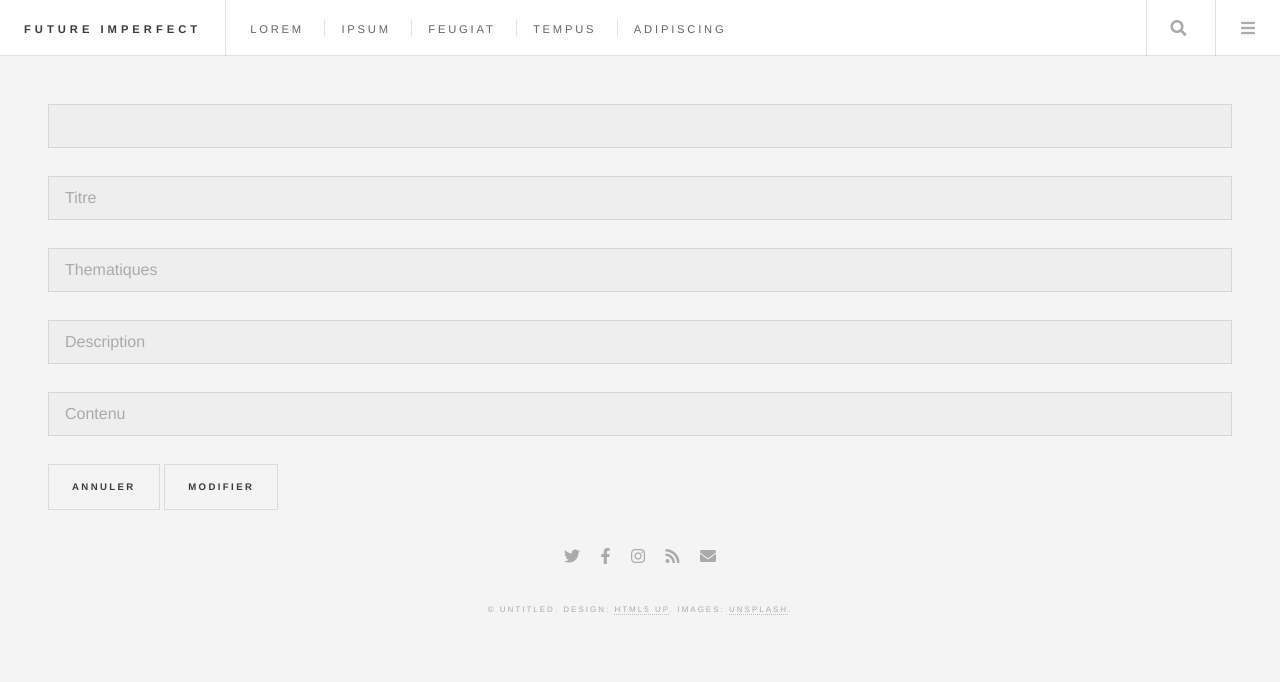
Repository: b0b1n/front-mini-wiki
Page: http://localhost/Mini-Wiki/view/ModifierPage.jsp
These files come from the project's save history. The page is drawn as it stood at one moment and after the next save; the edit follows.
The browser window is 1280 px wide. The pictures show the whole page.
Some web fonts or font styles are not loaded; a fallback is used. The page is served by Tomcat 10.

Above is the page before, as saved 2022-05-05 22:56:34.

After the next save:
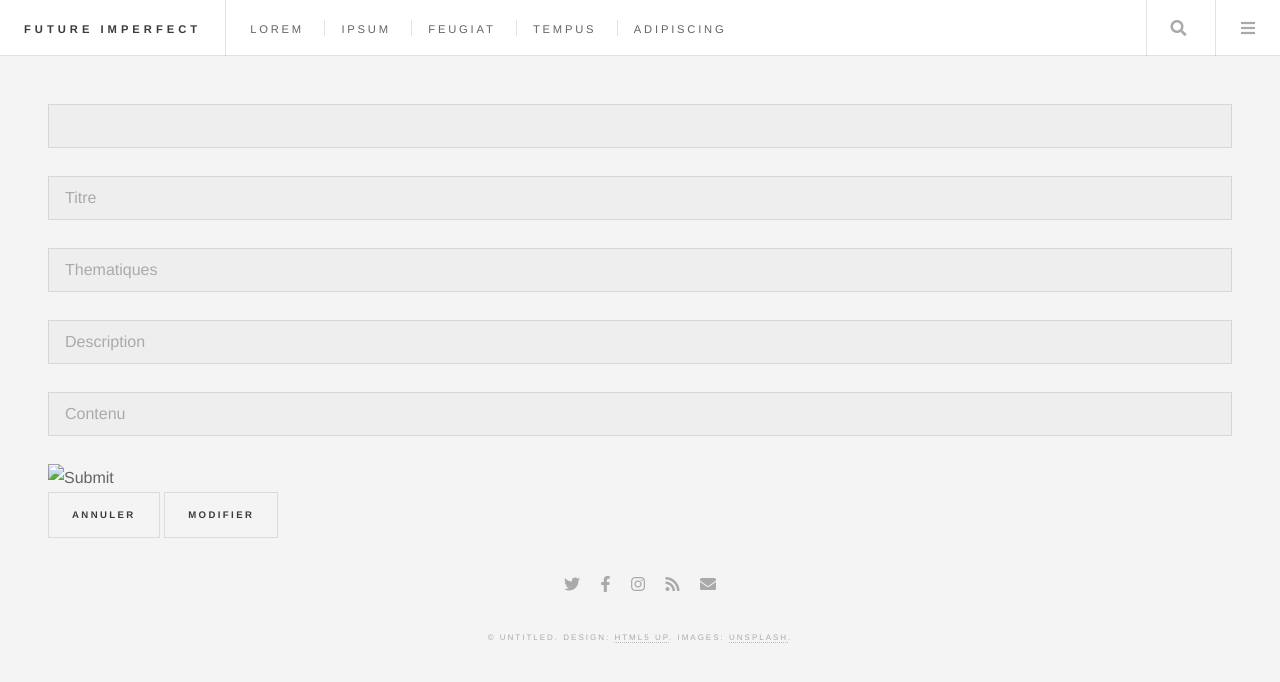
Saved 109 s later.
--- a/Mini-Wiki/src/main/webapp/view/ModifierPage.jsp
+++ b/Mini-Wiki/src/main/webapp/view/ModifierPage.jsp
@@ -106,6 +106,7 @@
 							<input type=text name=Thematique placeholder="Thematiques" /><br>
 							<input type=text name=Description placeholder="Description"  /><br>
 							<input type=text name=Contenu placeholder="Contenu" /><br>
+							<input type="image" name=Media placeholder="Media" /><br>
 							<input type="reset" value="Annuler" />
 							<input type=submit value="Modifier" />
 
